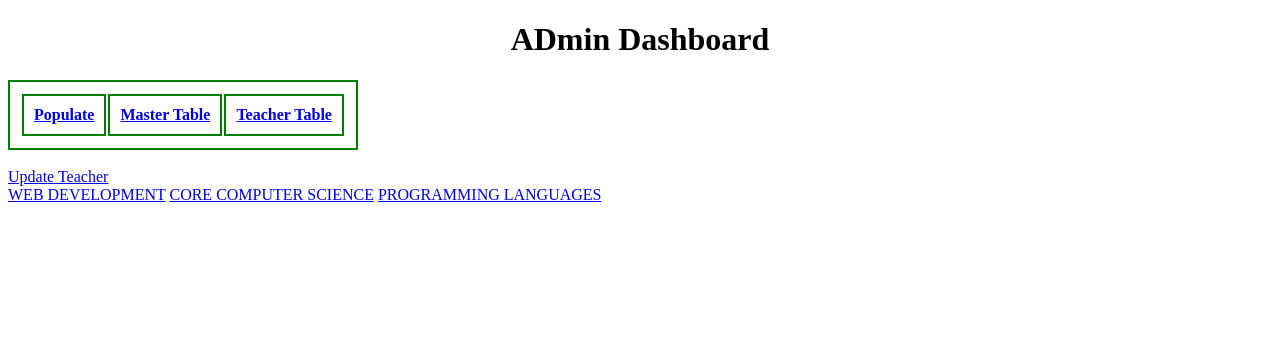
Repository: PrassanAchhaiyya/LearnersAcademy
Page: LearnersAcademy/src/main/webapp/index.html
An editor plug-in stored every save of this project. The page is shown before and after the next save, followed by the edit.
The browser window is 1280 px wide. The pictures show the whole page.

Above is the page before, as saved 2022-04-27 20:07:33.

After the next save:
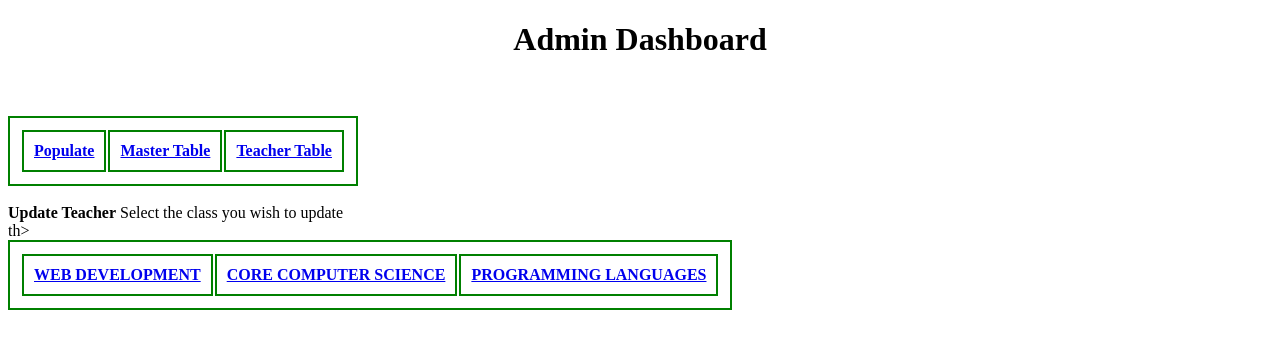
Saved 4 min 26 s later.
--- a/LearnersAcademy/src/main/webapp/index.html
+++ b/LearnersAcademy/src/main/webapp/index.html
@@ -6,7 +6,9 @@
 <style> table,td,th{border:2px solid green;padding:10px;}</style>
 </head>
 <body>
-<h1 align="center">ADmin Dashboard</h1>
+<h1 align="center">Admin Dashboard</h1>
+<br>
+<br>
 <table>
 <tr>
 <th><a href="populate" >Populate</a></th>
@@ -15,11 +17,16 @@
 </tr>
 </table>
 <br>
-<a href="update-teacher">Update Teacher</a><br>
-
-<a href="Web.html">WEB DEVELOPMENT</a>
-<a href="Core.html">CORE COMPUTER SCIENCE</a>
-<a href="prog.html">PROGRAMMING LANGUAGES</a>
+<b>Update Teacher</b>
+Select the class you wish to update
+<br>
+<table>
+<tr>
+<th><a href="Web.html">WEB DEVELOPMENT</a></th>
+<th><a href="Core.html">CORE COMPUTER SCIENCE</a></th>
+<th><a href="prog.html">PROGRAMMING LANGUAGES</a></th>th>
+</tr>
+</table>
 
 
 </body>
